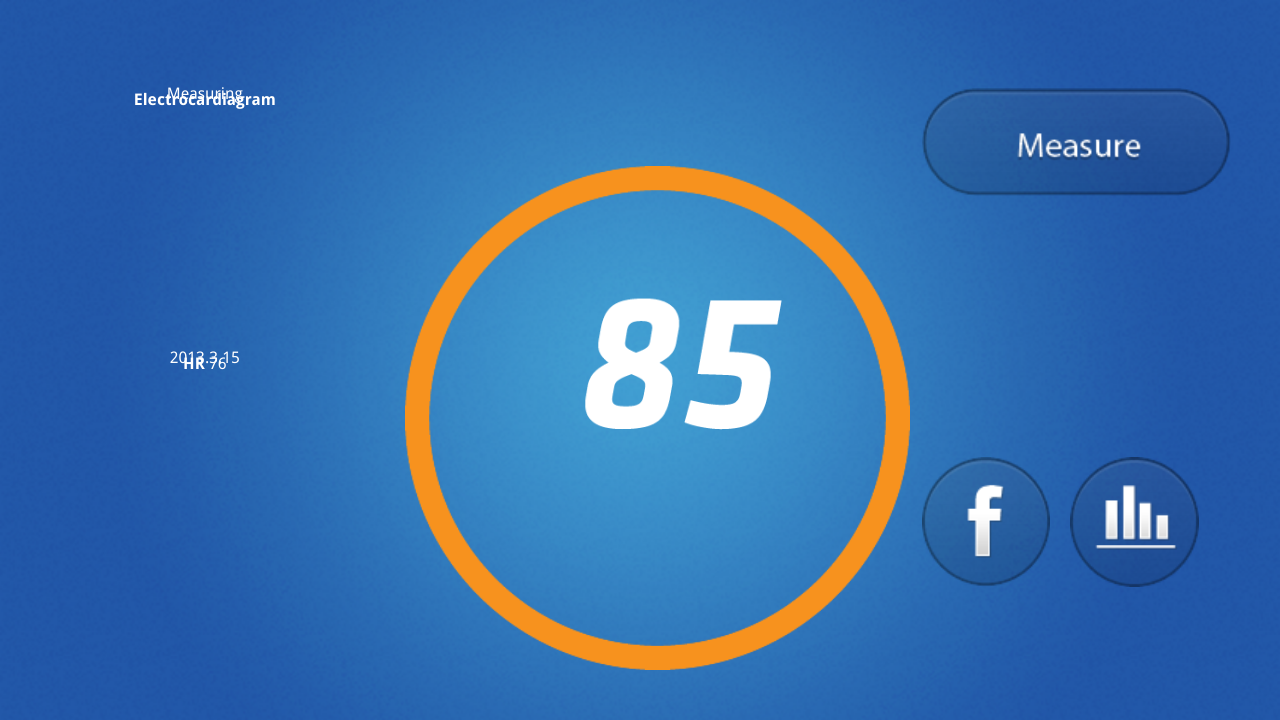
Repository: chouwill79131/IEcontest
Page: BluetoothChat/assets/complete.html
These files come from the project's save history. The page is drawn as it stood at one moment and after the next save; the edit follows.
The browser window is 1280 px wide. The pictures show the whole page.

Above is the page before, as saved 2013-03-08 17:57:08.
Console error: TypeError: Cannot set properties of null (setting 'innerHTML')

After the next save:
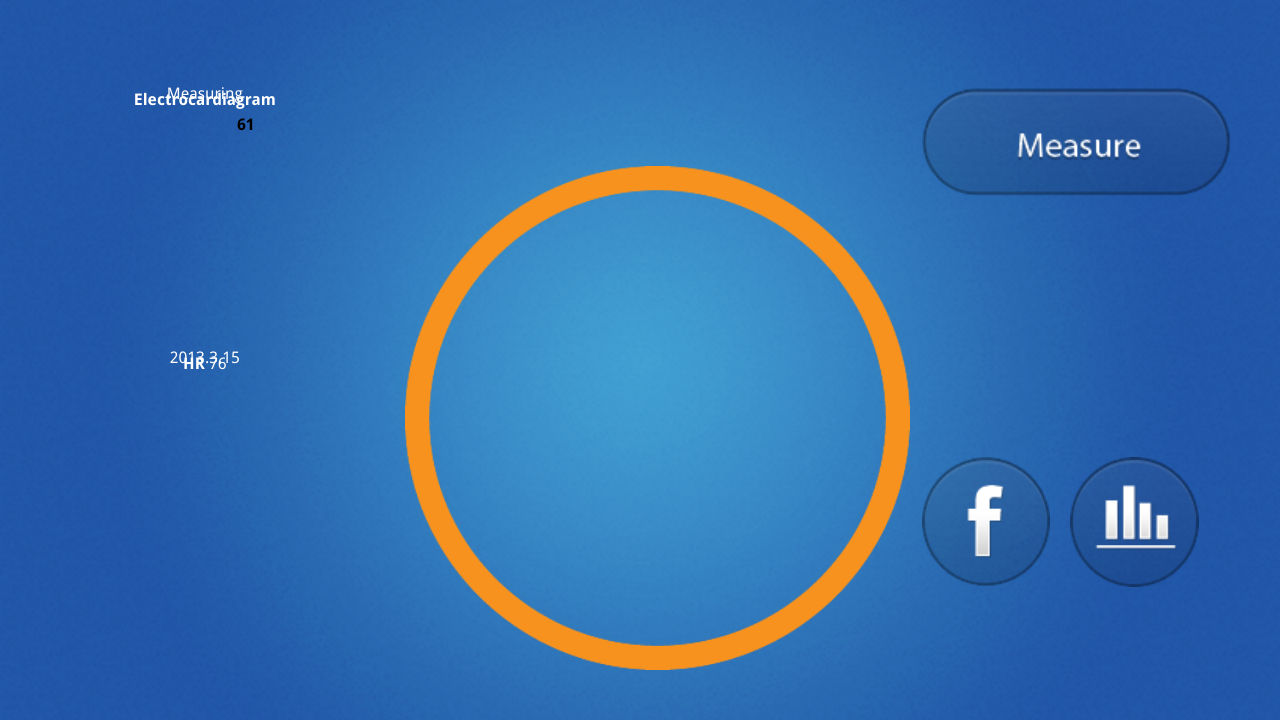
Saved 2 min 50 s later.
--- a/BluetoothChat/assets/complete.html
+++ b/BluetoothChat/assets/complete.html
@@ -21,7 +21,7 @@
 		</div>
 
 		<div class="mid">
-			<img class="rhythm" src="button/85.png" />
+			<div class="score">61</div>
 			<img class="circle" src="button/circle.png" />
 		</div>
 
--- a/BluetoothChat/assets/complete.css
+++ b/BluetoothChat/assets/complete.css
@@ -22,8 +22,8 @@ body { margin:0; padding:0;}
 #hr { font-family: droidsans ;}
 
 .mid { width: 41%; }
-.rhythm, .circle { width: auto; height:70%; margin-left: 4%; }
-.rhythm { margin-top: 22%; z-index: 1;  margin-left:-28% ;}
+.score, .circle { width: auto; height:70%; margin-left: 4%; }
+.score { margin-top: 22%; z-index: 1;  margin-left:-28% ; font-family: DroidSans-Bold ;}
 .circle { margin-top: -86.5%; z-index: 2; }
 
 .right { width: 29%; }
